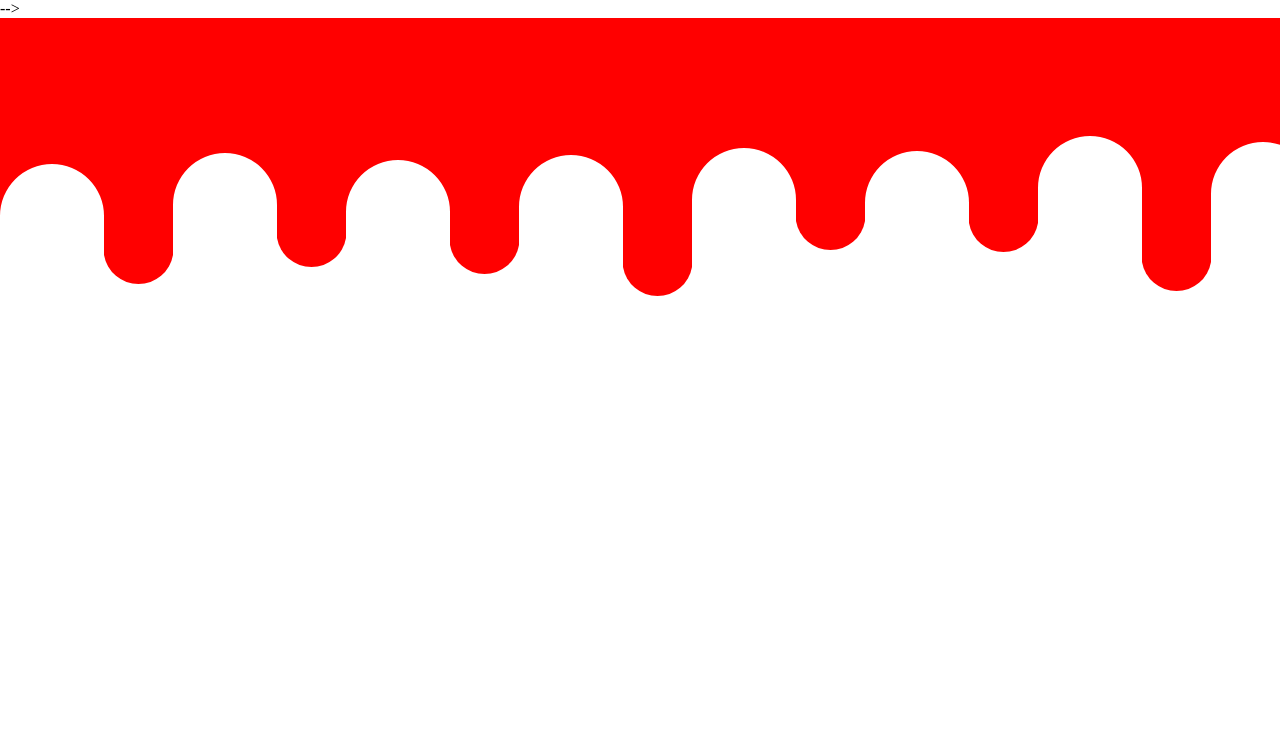
Repository: l-ollie/drip
Page: index.html
An editor plug-in stored every save of this project. The page is shown before and after the next save, followed by the edit.
The browser window is 1280 px wide. The pictures show the whole page.

Above is the page before, as saved 2022-06-30 17:19:22.

After the next save:
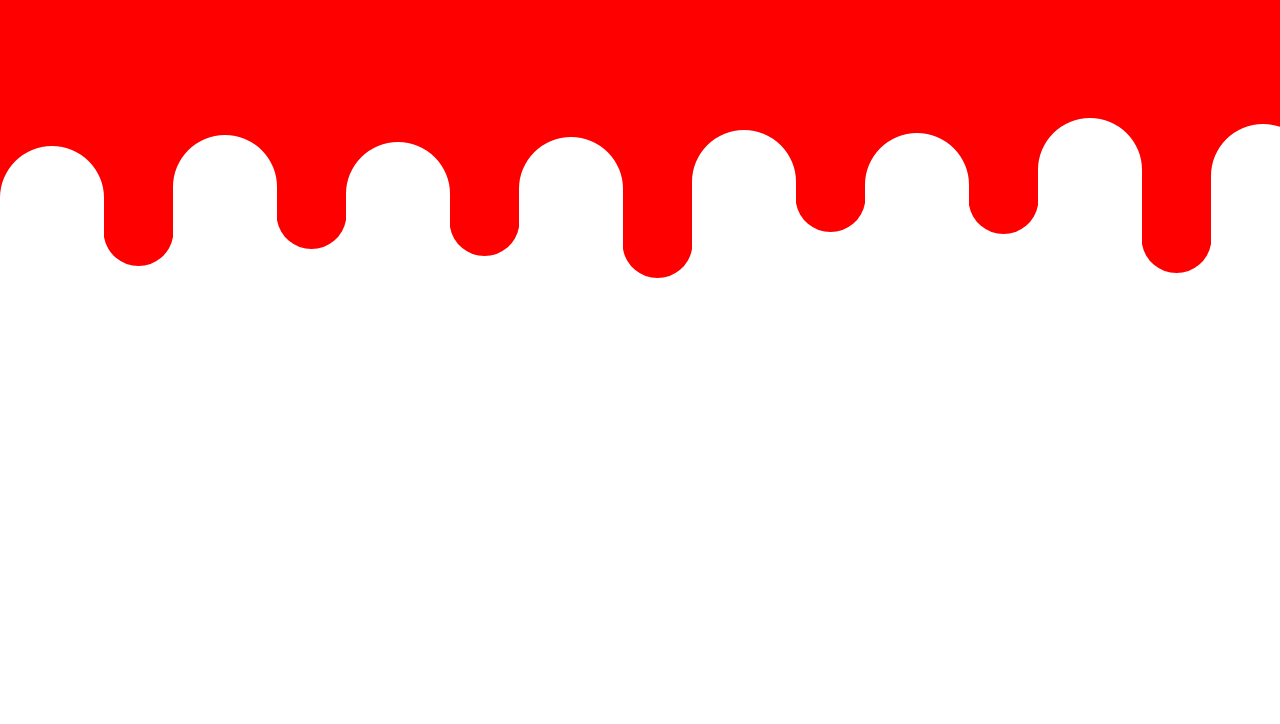
Saved 1 s later.
--- a/index.html
+++ b/index.html
@@ -74,9 +74,9 @@
                 begin="anim1.end"
                 easing="ease-in-out"
                 /> -->
-                </path>
+                <!-- </path>
 
-              </svg> -->
+              </svg>  -->
         </div>
 
         <script src="drip.js" async defer></script>
